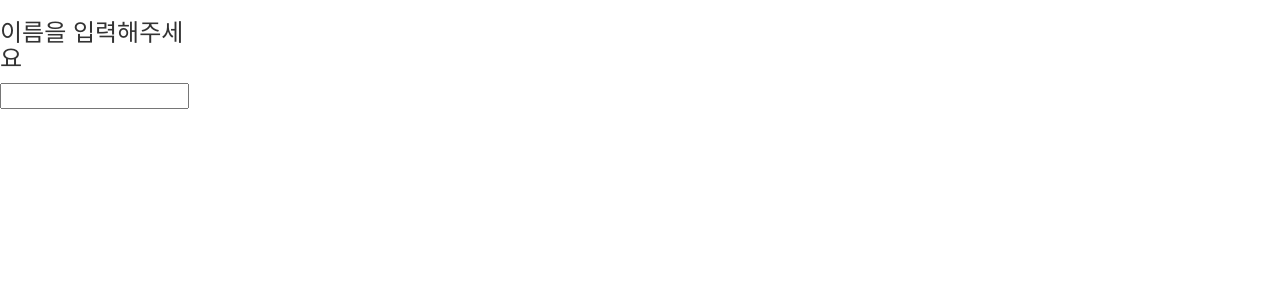
Repository: jungbee2/jungproject
Page: http://localhost/JstlProject/day0330/ex4_choose.jsp
These files come from the project's save history. The page is drawn as it stood at one moment and after the next save; the edit follows.
The browser window is 1280 px wide. The pictures show the whole page.
Some web fonts or font styles are not loaded; a fallback is used. The page is served by Tomcat 9.

Above is the page before, as saved 2023-03-30 02:08:01.

After the next save:
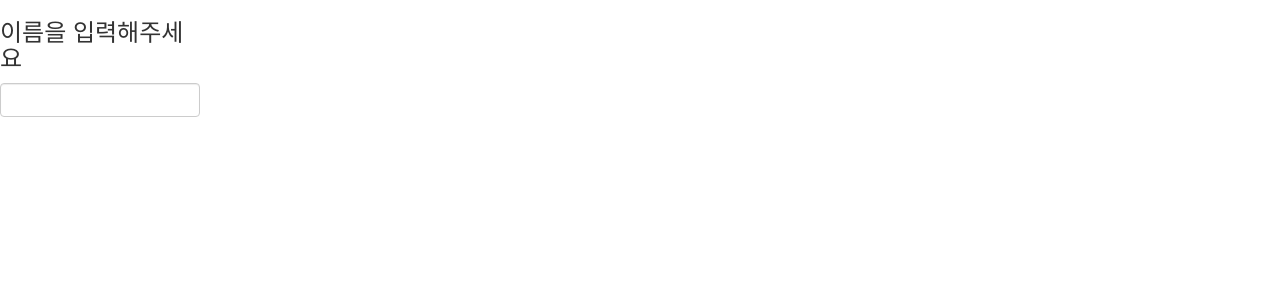
Saved 10 s later.
--- a/JstlProject/src/main/webapp/day0330/ex4_choose.jsp
+++ b/JstlProject/src/main/webapp/day0330/ex4_choose.jsp
@@ -21,7 +21,7 @@
 <fmt:requestEncoding value="utf-8"/>
 <form action="ex4_choose.jsp" method="post" style="width:200px;">
 <h3>이름을 입력해주세요</h3>
-<input tyle="text" name="irum">
+<input tyle="text" name="irum" class="form-control">
 </form>
 </body>
 </html>
